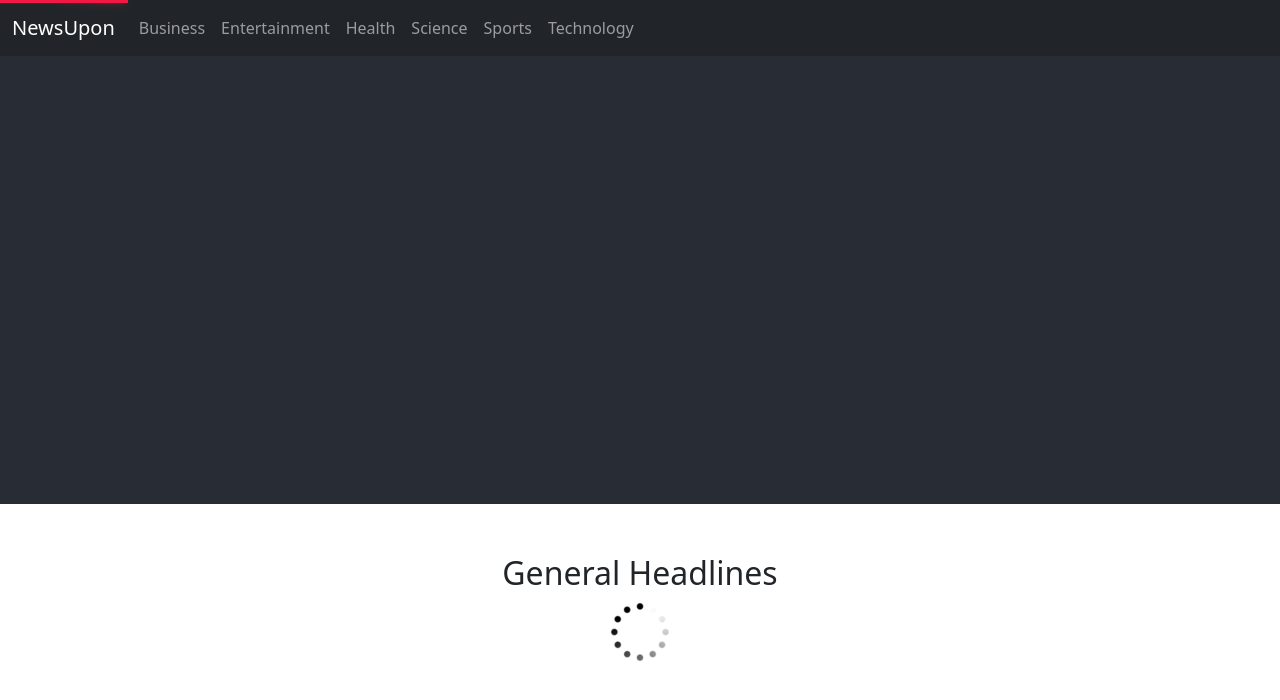
Repository: Akash33253/NewsUpon
Page: /
These files come from the project's save history. The page is drawn as it stood at one moment and after the next save; the edit follows.
The browser window is 1280 px wide. The pictures show the whole page.
The page's requests for data from a server got no answer. The project was rebuilt for these pictures with package versions that can differ from the ones it lists, and the page was loaded fresh each time. No one was signed in, and anything a server would have sent is missing. Also part of the build but not shown: src/index.css, src/components/NewsItem.js.

Above is the page before, as saved 2022-11-12 22:59:21.

After the next save:
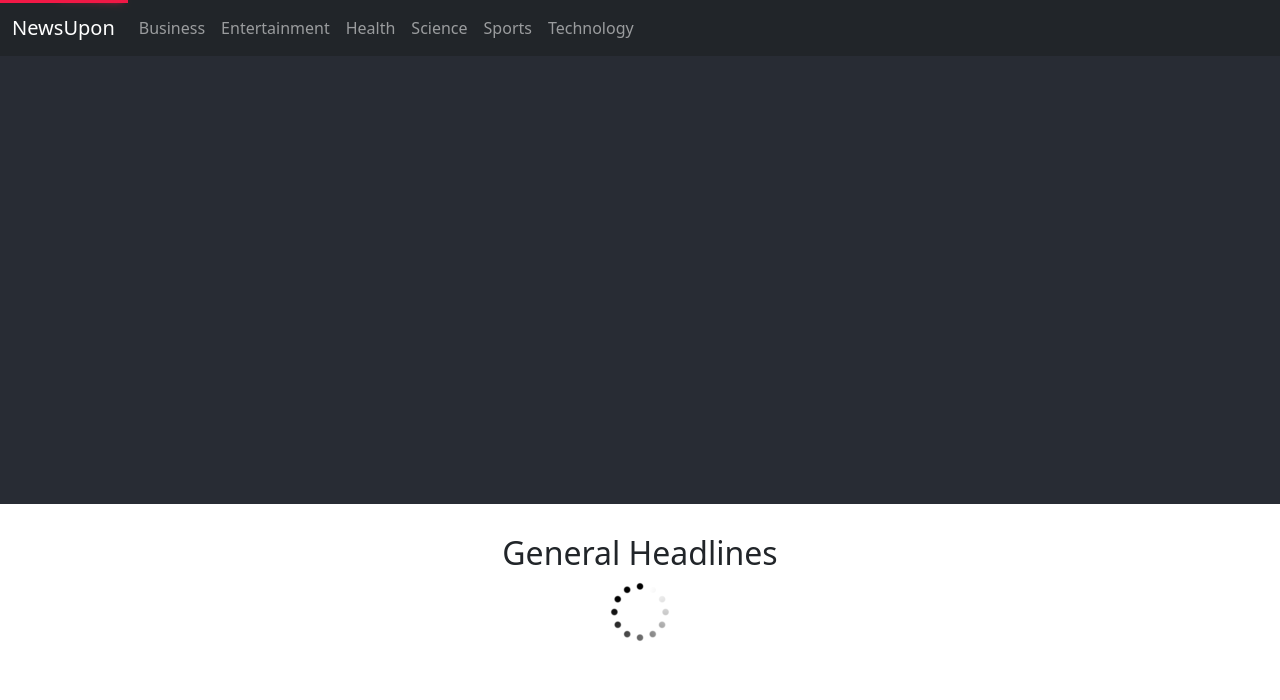
Saved 4 s later.
--- a/src/components/News.js
+++ b/src/components/News.js
@@ -40,7 +40,7 @@ export default function News(props) {
     <>
       <Banner/>
      <div className="container my-3">
-        <h2 className='text-center' style={{marginTop:"50px"}}>{capitalizeFirstLetter(props.category)} Headlines</h2>
+        <h2 className='text-center' style={{marginTop:"30px"}}>{capitalizeFirstLetter(props.category)} Headlines</h2>
       {loading&&<Spinner/>}
         <InfiniteScroll
           dataLength={article.length}
